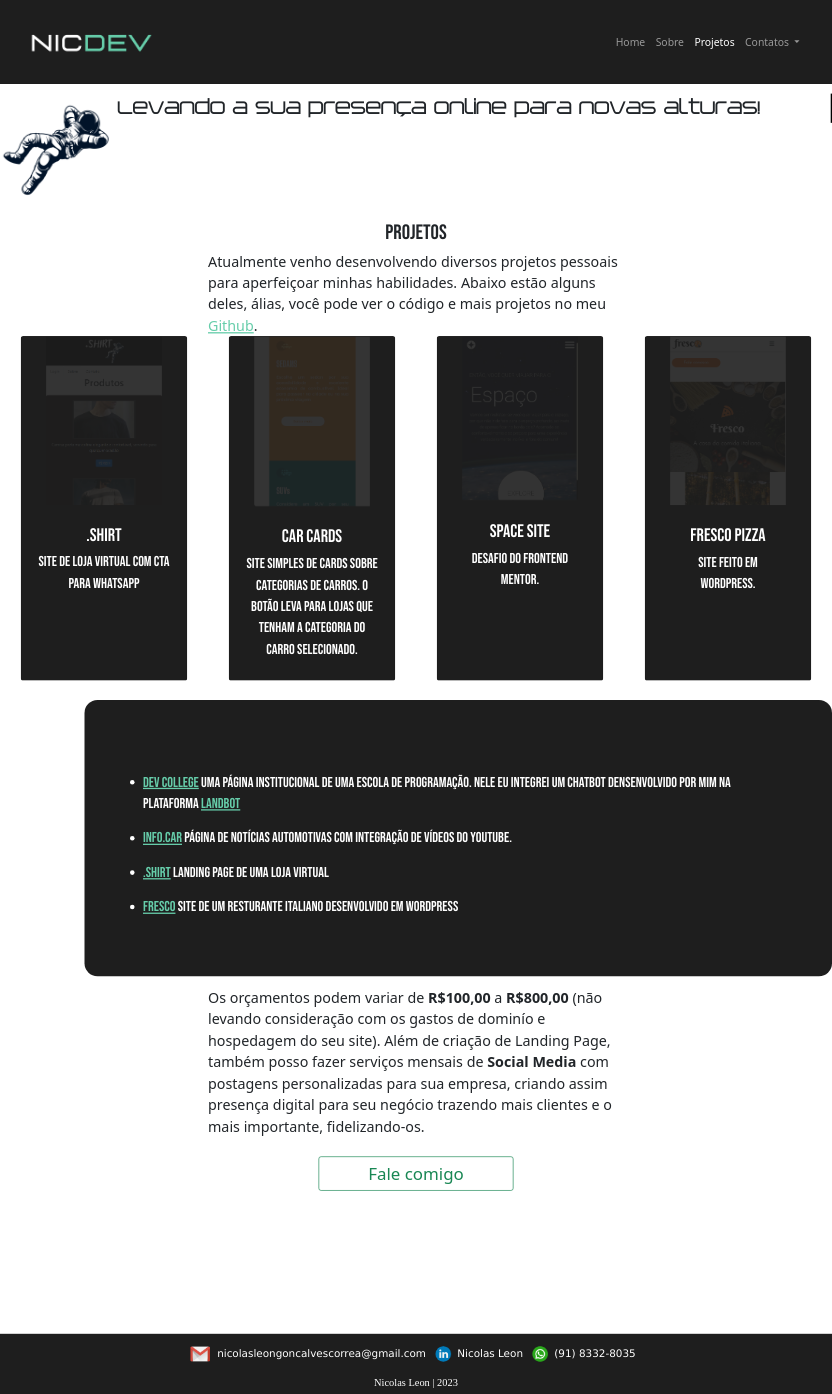
Repository: Leonngc/nicdev
Page: projects.html
The author's editor kept a copy of each file at every save. The page is drawn from the files as they stood at one save, then again after the next save.
The browser window is 1280 px wide. The pictures show the whole page, at 65% of full size.

Above is the page before, as saved 2023-06-04 23:03:50.

### projects.html
<!DOCTYPE html>
<html lang="pt-br">
  <head>
    <meta charset="UTF-8" />
    <meta http-equiv="X-UA-Compatible" content="IE=edge" />
    <meta name="viewport" content="width=device-width, initial-scale=1.0" />
    <title>nicdev - Projetos</title>
    <!-- Google tag (gtag.js) -->
<script async src="https://www.googletagmanager.com/gtag/js?id=G-E2XWESC90Y"></script>
<script>
  window.dataLayer = window.dataLayer || [];
  function gtag(){dataLayer.push(arguments);}
  gtag('js', new Date());

  gtag('config', 'G-E2XWESC90Y');
</script>
    <link
      href="https://cdn.jsdelivr.net/npm/bootstrap@5.0.2/dist/css/bootstrap.min.css"
      rel="stylesheet"
      integrity="sha384-EVSTQN3/azprG1Anm3QDgpJLIm9Nao0Yz1ztcQTwFspd3yD65VohhpuuCOmLASjC"
      crossorigin="anonymous"
    />

    <link rel="stylesheet" href="styles/scrollbar.css" />
    <link rel="stylesheet" href="styles/footer.css" />
    <link rel="stylesheet" href="styles/projects.css"/>
    ">
  </head>
  <body>
    <header style="background-color: #1e1e1e; padding: 30px" class="fixed-top">
      <nav class="navbar navbar-expand-lg navbar-dark">
        <div class="container-fluid">
          <a class="navbar-brand" href="index.html"
            ><img
              src="images/nicdev-logo.png"
              alt="logo da NicDev"
              style="width: 200px"
          /></a>
          <button
            class="navbar-toggler"
            type="button"
            data-bs-toggle="collapse"
            data-bs-target="#navbarNavDropdown"
            aria-controls="navbarNavDropdown"
            aria-expanded="false"
            aria-label="Toggle navigation"
          >
            <span class="navbar-toggler-icon"></span>
          </button>
          <div
            class="collapse navbar-collapse justify-content-end"
            id="navbarNavDropdown"
          >
            <ul class="navbar-nav">
              <li class="nav-item">
                <a class="nav-link" href="index.html" target="_parent">Home</a>
              </li>
              <li class="nav-item">
                <a class="nav-link" href="about.html" target="_parent">Sobre</a>
              </li>
              <li class="nav-item">
                <a class="nav-link active disabled" href="#">Projetos</a>
              </li>
              <li class="nav-item dropdown">
                <a
                  class="nav-link dropdown-toggle"
                  href="#"
                  id="navbarDropdownMenuLink"
                  role="button"
                  data-bs-toggle="dropdown"
                  aria-expanded="false"
                >
                  Contatos
                </a>
                <ul
                  class="dropdown-menu"
                  aria-labelledby="navbarDropdownMenuLink"
                >
                  <li>
                    <a class="dropdown-item" href="https://wa.me/91983328035"
                      >WhatsApp
                      <img src="images/whatsapp.png" alt="" class="redes-logo"
                    /></a>
                  </li>
                  <li>
                    <a class="dropdown-item" href="mailto:nicolasleongoncalvescorre@gmail.com?Subject=Interesse%20em%20um%20website&Body=Ola%2C%20vi%20seu%20site%20de%20portfolio%20e%20fiquei%20interessado%20em%20fazer%20um%20or%E7amento.%0A%0A---obs%28Retornarei%20seu%20email%20em%20ate%2030%20minutos%29"
                      >Email
                      <img src="images/gmail (1).png" alt="" class="redes-logo"
                    /></a>
                  </li>
                  <li>
                    <a class="dropdown-item" href="https://www.linkedin.com/in/nicolas-leon-70038921b/"
                      >Linkedin
                      <img src="images/linkedin.png" alt="" class="redes-logo"
                    /></a>
                  </li>
                </ul>
              </li>
            </ul>
          </div>
        </div>
      </nav>
    </header>

  <div class="slogan-container">
    <img src="images/astronauta.png" alt="" class="astronauta"> <p class="slogan">Levando a sua presença online para novas alturas!</p>
  </div>
    <main>
      <h2>Projetos</h2>

      <p>Atualmente venho desenvolvendo diversos projetos pessoais para aperfeiçoar minhas habilidades. Abaixo estão alguns deles, álias, você pode ver o código  e mais projetos no meu <a href="https://github.com/Leonngc" target="_blank">Github</a>.</p>


      <section class="cards-container">
        <div class="card">
          <img src="images/2023-06-04 (1).png" alt="">
          <div class="info-card">
            <h3>.Shirt</h3>
            <p>Site de loja virtual com CTA para WhatsApp</p>
          </div>
        </div>
        <div class="card">
          <img src="images/carcards.png" alt="">
          <div class="info-card">
            <h3>
              Car Cards
            </h3>
            <p>Site simples de cards sobre categorias de carros. O botão leva para lojas que tenham a categoria do carro selecionado.</p>
          </div>
        </div>
        <div class="card">
          <img src="images/spacesite.png" alt="">
          <div class="info-card">
            <h3>
              Space Site
            </h3>
            <p>Desafio do Frontend Mentor.</p>
          </div>
        </div>
        <div class="card">
          <img src="images/frescosite.png" alt="">
          <div class="info-card">
            <h3>
              Fresco Pizza
            </h3>
            <p>Site feito em Wordpress.</p>
          </div>
        </div>
      </section>




      <ul>
        <li><a href="https://leonngc.github.io/dev-college/" target="_blank">Dev College</a> Uma página institucional de uma escola de programação. Nele eu integrei um chatbot  densenvolvido por mim na plataforma <a href="https://landbot.io/" target="_blank">Landbot</a>
        </li>
        <li>
          <a href="https://leonngc.github.io/projeto-info.car/" target="_blank">Info.Car</a> página de notícias automotivas com integração de vídeos do Youtube.
        </li>

        <li>
          <a href="https://leonngc.github.io/projeto-shirt/" target="_blank">.Shirt</a> Landing Page de uma loja virtual
        </li>

        <li>
          <a href="https://pizzasitewp.netlify.app/" target="_blank">Fresco</a> Site de um resturante italiano desenvolvido em Wordpress
        </li>

      </ul>

      <p>Os orçamentos podem variar de <strong>R$100,00</strong> a <strong>R$800,00</strong> (não levando consideração com os gastos de dominío e hospedagem do seu site). Além de criação de Landing Page, também posso fazer serviços mensais de <strong>Social Media</strong> com postagens personalizadas para sua empresa, criando assim presença digital para seu negócio trazendo mais clientes e o mais importante, fidelizando-os.</p>
      <a href="https://wa.me/91983328035" target="_blank"><button type="button" class="btn btn-outline-success" style="width: 300px; font-size: 26px; margin-bottom: 20px; margin-top: 30px;">Fale comigo</button></a>
    </main>

    <footer>
      <p><img src="images/gmail.png" alt=""><a href="mailto:nicolasleongoncalvescorre@gmail.com?Subject=Interesse%20em%20um%20website&Body=Ola%2C%20vi%20seu%20site%20de%20portfolio%20e%20fiquei%20interessado%20em%20fazer%20um%20or%E7amento.%0A%0A---obs%28Retornarei%20seu%20email%20em%20ate%2030%20minutos%29">nicolasleongoncalvescorrea@gmail.com</a> <img src="images/linkedin.png" alt=""><a href="https://www.linkedin.com/in/nicolas-leon-70038921b/">Nicolas Leon</a> <img src="images/whatsapp.png" alt=""><a href="https://wa.me/91983328035" target="_blank">(91) 8332-8035</a></p>
      <p class="rights">Nicolas Leon | 2023</p>
    </footer>
    <script
      src="https://cdn.jsdelivr.net/npm/bootstrap@5.0.2/dist/js/bootstrap.bundle.min.js"
      integrity="sha384-MrcW6ZMFYlzcLA8Nl+NtUVF0sA7MsXsP1UyJoMp4YLEuNSfAP+JcXn/tWtIaxVXM"
      crossorigin="anonymous"
    ></script>
  </body>
</html>

### styles/scrollbar.css
body{
    overflow-x: hidden;
}
body::-webkit-scrollbar {
    width: 6px;               /* width of the entire scrollbar */
  }

  body::-webkit-scrollbar-track {
    background: rgb(5, 5, 5);        /* color of the tracking area */
  }

  body::-webkit-scrollbar-thumb {
    background-color: #4BC6B9;    /* color of the scroll thumb */
    border-radius: 20px;       /* roundness of the scroll thumb */
  }

  .redes-logo{
    width: 30px;
    padding: 6px;
  }

### styles/footer.css
footer{
    background-color: #1e1e1e;;
    text-align: center;
    margin-top: 200px;
    padding: 15px;
    height: 13vh;
}

footer > p  a{
    padding: 10px;
    text-decoration: none;
    color: white;
    font-family: 'Lucida Sans', 'Lucida Sans Regular', 'Lucida Grande', 'Lucida Sans Unicode', Geneva, Verdana, sans-serif;
}

footer > p > a:hover{
    color: #66CDAA;
    transition: 1s;
}

.rights{
    color: white;
    font-family: 'Times New Roman', Times, serif;
}
 @media screen and (max-width:900px) {
    footer{
        margin-top: 100px;
        height: 16vh;
        word-wrap: break-word;
    }
    footer > p > a{
        color: #d1d5d4;
    }
 }

### styles/projects.css
@import url('https://fonts.googleapis.com/css2?family=Bebas+Neue&display=swap'); /* CDN GOOGLE  FONT */
@import url('https://cdn-uicons.flaticon.com/uicons-solid-straight/css/uicons-solid-straight.css'); /* CDN ICON*/
@font-face {
    font-family: Lastica;
    src: url(../fonts/instrg.ttf);
}

@keyframes typewriter {
    from {
      width: 0%;
    }
    to {
      width: 50%;
    }
  }
  @keyframes blink {
    from {
      border-color: black;
    }
    to {
      border-color: transparent;
    }
  }

*{
    max-width: 100vw;
}

:root{
 --bebas-neue : 'Bebas Neue', cursive;
}

body{
    max-width: 100vw;
    overflow-x: hidden;
}

main{
    margin-top: 150px;
    text-align: center;
}

.slogan-container{
  margin-top: 120px;
}


.slogan{
    font-family: Lastica, sans-serif;
    font-weight: bold;
    font-size: 30px;
    overflow: hidden;
    animation: typewriter 2s steps(15) alternate,
      blink 800ms steps(15)  normal;
    border-right: 2px solid black;
}

.astronauta{
    width: 180px;
    float: left;
}

h2{
    font-family: var(--bebas-neue);
    text-align: center
}

main > p{
    text-align: start;
    margin: auto;
    width: 50vw;
    font-size: 22px;
}

main > ul{
    font-family: var(--bebas-neue);
    font-size: 22px;
    margin-left: 130px;
    margin-top: 30px;
    background-color: #1e1e1e;
    color: white;
    padding: 90px;
    border-radius: 20px;
    text-align: left;
}

main a{
    color: #66CDAA;
}

main > ul > li{
  margin-top: 20px;
}

li > img{
    width: 600px;
    padding: 50px;
}

.cards-container{
  display: flex;
  flex-wrap: wrap;
  justify-content: space-around;
}

.card{
  background-color: #1e1e1e;
  align-items: center;
  width: 20%;
}

.card > img{
  width: 70%;
  filter: opacity(10%);
}

.info-card{
  color: white;
  font-family: var(--bebas-neue);
  text-align: center;
  padding: 30px 0 30px;
}

.info-card > p{
  width: 80%;
  margin: auto;
  font-size: 22px;
}

@media screen and (max-width:900px){
    .astronauta{
        width: 100px;
    }
    .slogan{
        font-size: 12px;
        padding: 20px;
    }
    h2{
    margin: auto;
    }
    main{
      margin-top: 100px;
    }
   main > p{
    width: 90vw;
   }

   main > ul{
    margin: auto;
    margin-top: 30px;
    margin-bottom: 30px;
    font-size: 18px;
    padding: 30px;
   }

   main > ul > li{
    padding: 16px;
   }
}

After the next save:
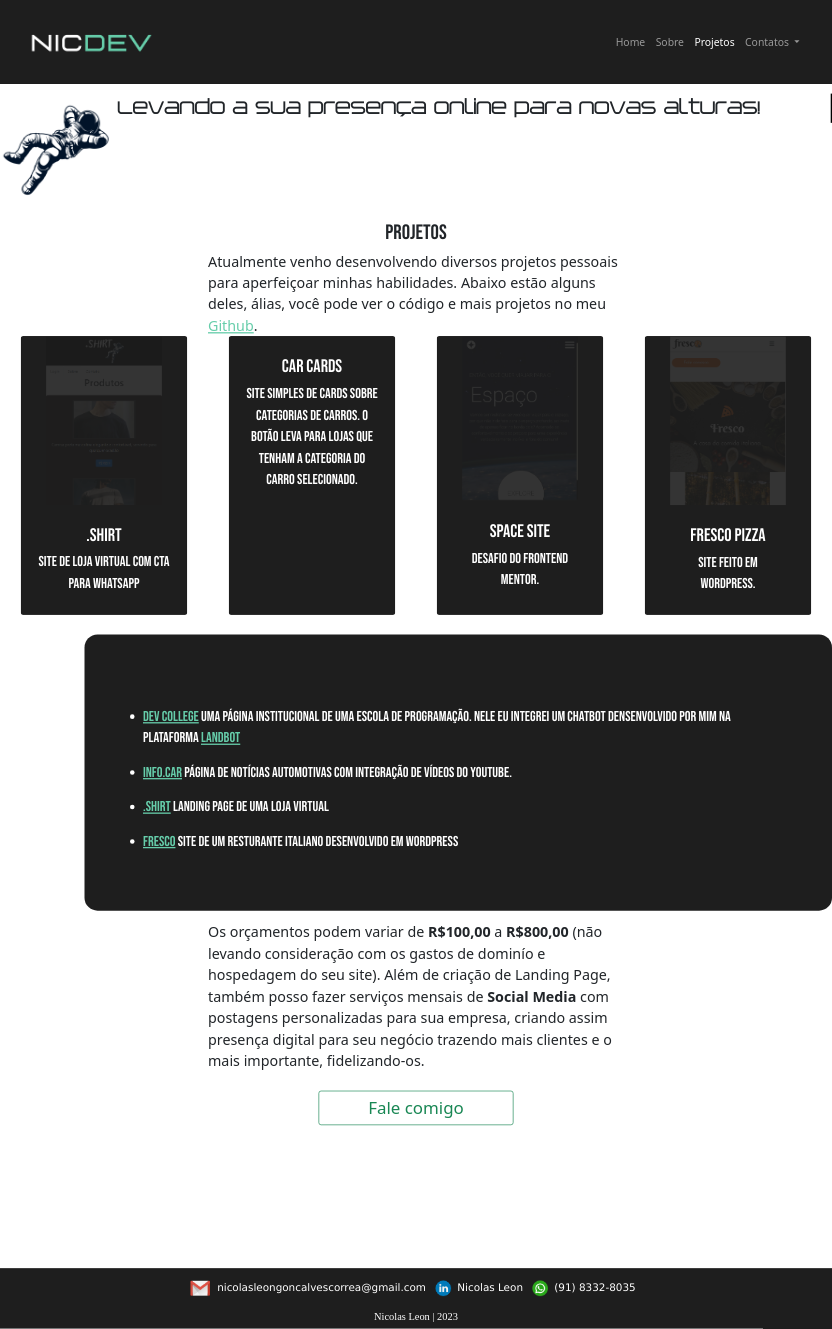
Saved 6 s later.
--- a/projects.html
+++ b/projects.html
@@ -120,7 +120,6 @@
           </div>
         </div>
         <div class="card">
-          <img src="images/carcards.png" alt="">
           <div class="info-card">
             <h3>
               Car Cards
